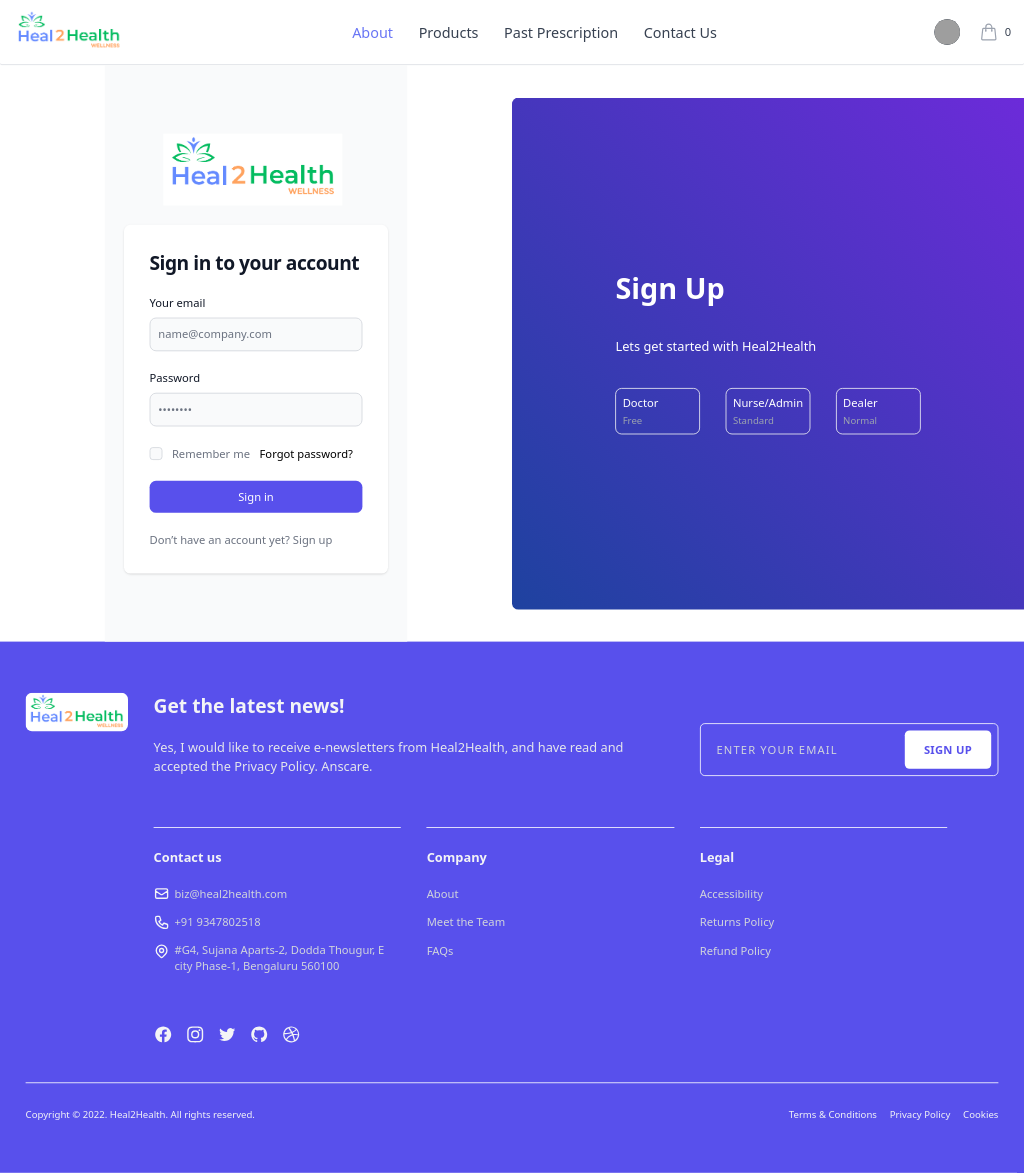
Repository: Akash123-coder/H2H
Page: /login (app in Frontend/)
These files come from the project's save history. The page is drawn as it stood at one moment and after the next save; the edit follows.
The browser window is 1280 px wide. The pictures show the whole page, at 80% of full size.
Pictures or frames that could not be fetched are drawn as grey boxes. The project was rebuilt for these pictures with package versions that can differ from the ones it lists, and the page was loaded fresh each time. Also part of the build but not shown: Frontend/vite.config.ts, Frontend/src/pages/About.tsx, Frontend/src/components/Cta.jsx, Frontend/src/pages/Home.jsx, Frontend/src/components/Product.tsx, Frontend/src/pages/Prescription.jsx, Frontend/src/pages/SignUp.jsx, Frontend/src/pages/CompanyNameSelect.jsx and 3 more.

Above is the page before, as saved 2022-10-04 13:41:19.

After the next save:
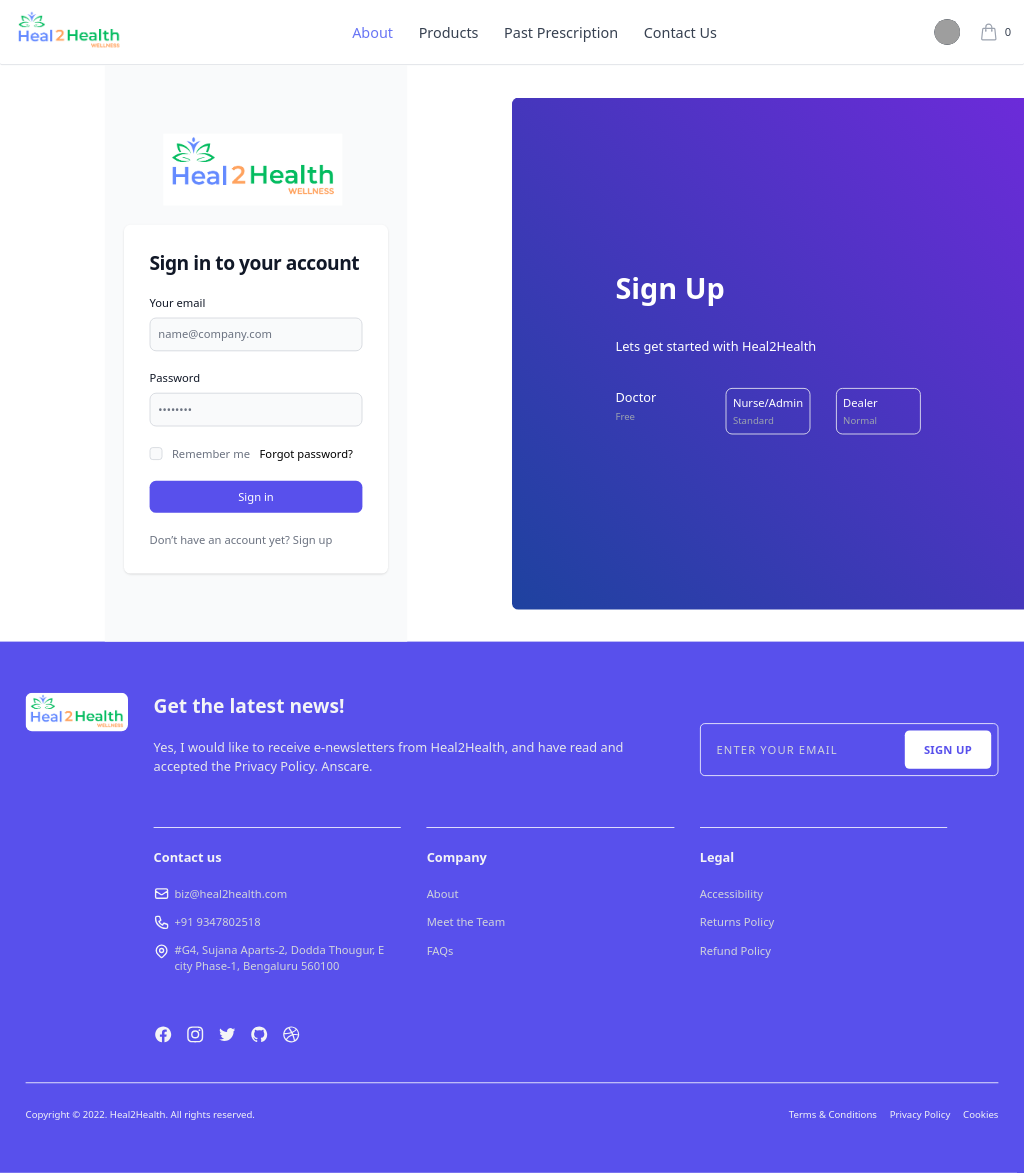
Saved 2 min 46 s later.
--- a/Frontend/src/pages/Login.jsx
+++ b/Frontend/src/pages/Login.jsx
@@ -118,14 +118,15 @@
                 id="standard_alt"
               />
 
-              <label
+              <NavLink
+              to="/signUp"
                 class="block p-2 text-sm font-medium transition-colors border border-gray-100  hover:text-gray-800 rounded-lg shadow-sm cursor-pointer peer-checked:border-indigo-500 peer-checked:bg-white peer-checked:text-black hover:bg-gray-50 peer-checked:ring-1 peer-checked:ring-indigo-500"
                 for="standard_alt"
               >
                 <span> Doctor </span>
 
                 <span class="block mt-1 text-xs text-gray-400"> Free </span>
-              </label>
+              </NavLink>
 
               <svg
                 class="absolute w-5 h-5 text-indigo-600 opacity-0 top-8 right-3 peer-checked:opacity-100"
